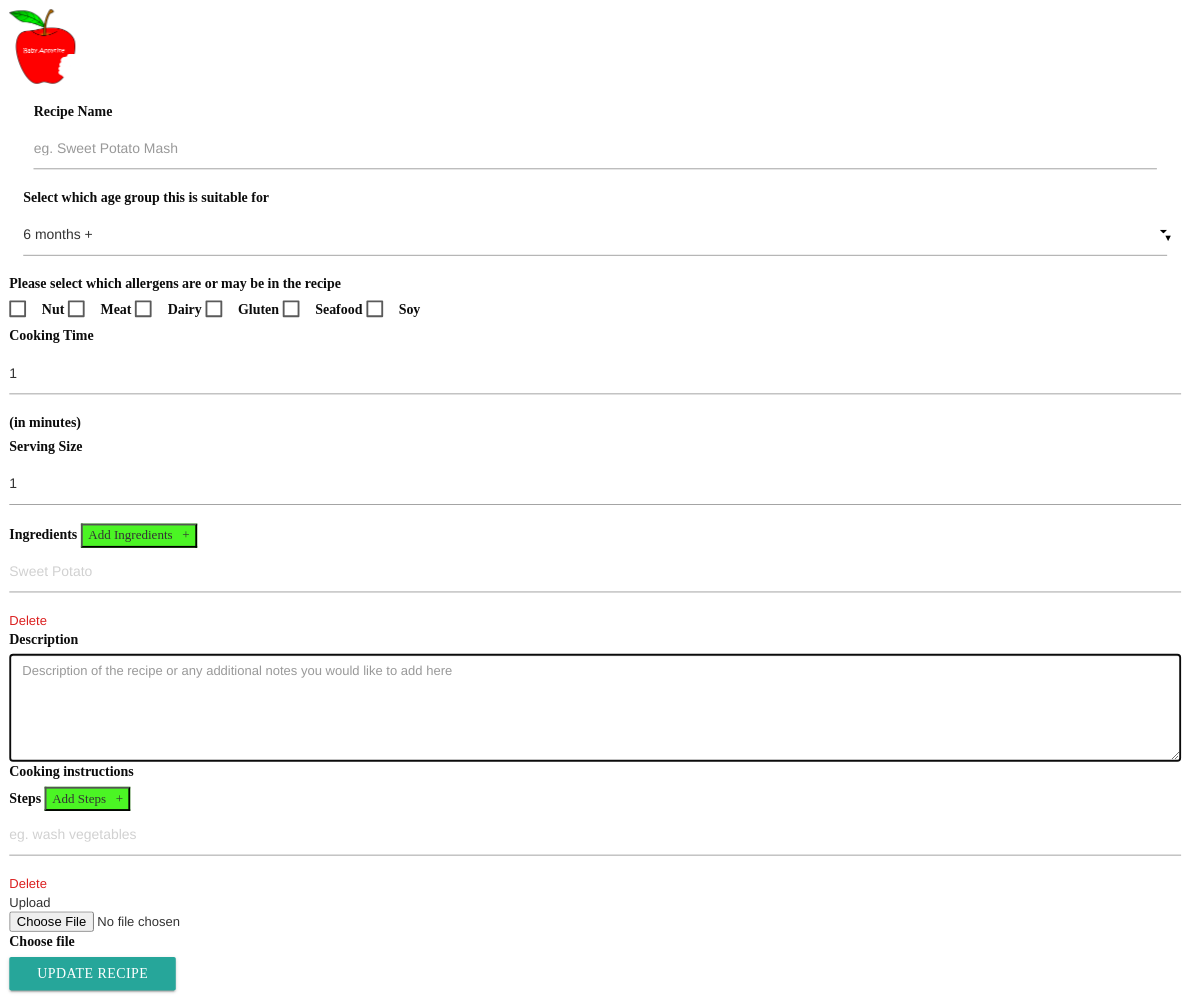
Repository: blueag8/babyappytite
Page: http://localhost/addrecipe
The author's editor kept a record of every edit. The page is drawn from the files as they stood at one moment, then again after the next edit.
The browser window is 1280 px wide. The pictures show the whole page, at 93% of full size.
Some web fonts or font styles are not loaded; a fallback is used. Some web libraries are served in a nearby version. The page is served by the project's application, run on Flask 3 (app.py). Queries for data that is not in the repository find no rows.

Above is the page before.

### templates/addrecipe.html
{% extends 'base.html'%}{% block content %}



<div class="form row">
<form action="{{ url_for('insert_recipe') }}" name="form" method="POST" class="col s12">
      <label class="recipe_name">Recipe Name</label>
      <input type="text" class="form-control" id="recipe_name" name="recipe_name" placeholder="eg. Sweet Potato Mash">
    </div>

<div class="row">
    <div class="category_age">
      <label for="category_age">Select which age group this is suitable for</label>
        <select class="category_age" id="category_age" name="category_age" onclick="getOption()"required>
          <option value=""disabled>choose category</option>
          <option value="6 months +">6 months +</option>
          <option value="7 months +">7 months +</option>
          <option value="10 months +">10 months +</option>
          <option value="12 months +">12 months +</option>
        </select>
      </div>
  </div>
</div>

  <div class = "allergens">
     <label for="allergens" name="allergen">Please select which allergens are or may be in the recipe</label>
      <div class="form-check form-check-inline">
        <input class="form-check-input" type="checkbox" id="nut" name="allergen" value="nut">
        <label class="form-check-label" for="nut">Nut</label>


        <input class="form-check-input" type="checkbox" id="meat" name="allergn" value="meat">
        <label class="form-check-label" for="meat">Meat</label>


        <input class="form-check-input" type="checkbox" id="dairy" name="allergen" value="dairy">
        <label class="form-check-label" for="dairy">Dairy</label>

        <input class="form-check-input" type="checkbox" id="gluten" name="allergen" value="gluten">
        <label class="form-check-label" for="gluten">Gluten</label>

        <input class="form-check-input" type="checkbox" id="seafood" name="allergen" value="seafood">
        <label class="form-check-label" for="seafood">Seafood</label>

        <input class="form-check-input" type="checkbox" id="soy" name="allergen" value="soy">
        <label class="form-check-label" for="soy">Soy</label>
    </div>
</div>

<div class="row">
    <label for="cooking_time">Cooking Time</label>

      <input type="number" name="cooking_time" min="0" max="100" step="1" value="1">
      <label>(in minutes)</label>
  </div>

 <div class="row">
    <label for="portion_sizes">Serving Size</label>
    <input type="number" name="portion_size" min="0" max="100" step="1" value="1">
  </div>


<div class="row">
    <div class= "wrapper">
       <div class="container1">
        <label for="ingredients">Ingredients</label>
        <button class="add_ingredients">Add Ingredients &nbsp;
          <span>+ </span>
        </button>
        <div><input type="text" name="ingredient" placeholder="Sweet Potato">
          <a href="#" class="delete">Delete</a></div>
      </div>
    </div>
  </div>
</div>

 <div class="recipe_description">
    <label for="recipe_description">Description</label>
      <div class="row">
      <textarea class="form-control" id="recipe_description" name="recipe_description" rows="5" placeholder="Description of the recipe or any additional notes you would like to add here"></textarea>
       </div>
    </div>

 <div class="steps">
    <label for="add_steps">Cooking instructions</label>
<!-------https://stackoverflow.com/questions/14853779/adding-input-elements-dynamically-to-form ----->
      <div class= "wrapper">
        <div class="container2">
         <label for="Steps">Steps</label>
          <button class="add_steps">Add Steps &nbsp;
            <span>+ </span>
          </button>
            <div><input type="text" name="step" placeholder="eg. wash vegetables">
            <a href="#" class="delete">Delete</a></div>
            </div>
        </div>
     </div>
 </div>

  <div class="input-group mb-3">
  <div class="input-group-prepend">
    <span class="input-group-text">Upload</span>
  </div>
  <div class="custom-file">
    <input type="file" class="custom-file-input" id="image">
    <label class="custom-file-label" for="image">Choose file</label>
  </div>
</div>


<!-- Button trigger modal -->
<button type="button" class="btn btn-primary" data-toggle="modal" data-target="#exampleModalCenter">
 Update Recipe
</button>

<!-- Modal -->
<div class="modal fade" id="exampleModalCenter" tabindex="-1" role="dialog" aria-labelledby="exampleModalCenterTitle" aria-hidden="true">
  <div class="modal-dialog modal-dialog-centered" role="document">
    <div class="modal-content">
      <div class="modal-header">
        <h5 class="modal-title" id="exampleModalLongTitle"></h5>
        <button type="button" class="close" data-dismiss="modal" aria-label="Close">
          <span aria-hidden="true">&times;</span>
        </button>
      </div>
      <div class="modal-body">
        Are you sure you would like to update this?
      </div>
      <div class="modal-footer">
        <button type="button" class="btn btn-secondary" data-dismiss="modal">No changed my mind</button>
        <button type="submit" class="btn btn-primary" name="action" value="submit">Yes, Please Save changes</button>
      </div>
    </div>
  </div>
</div>

  </div>
</div>
</div>
</form>

 {% endblock %}

### templates/base.html
<!DOCTYPE html>
<html lang="en">
<head>
    <meta charset="UTF-8">
    <meta name="viewport" content="width=device-width, initial-scale=1.0">
    <meta http-equiv="X-UA-Compatible" content="ie=edge">

    <title>"Baby Appy-tite | Recipes for 6 months +"</title>

    <link rel="stylesheet" href="https://maxcdn.bootstrapcdn.com/bootstrap/3.3.7/css/bootstrap.min.css" type="text/css">
    <link rel="stylesheet" href="https://stackpath.bootstrapcdn.com/font-awesome/4.7.0/css/font-awesome.min.css" type="text/css">
    <link href="https://fonts.googleapis.com/css?family=Emilys+Candy&display=swap" rel="stylesheet">
    <link rel="stylesheet" href="https://cdnjs.cloudflare.com/ajax/libs/materialize/0.100.2/css/materialize.min.css">
    <link rel="stylesheet" href="{{url_for('static', filename='css/style.css')}}" type="text/css" />
</head>
<header>
         <div class="nav-wrapper">
              <div class="navbar img">
                 <a class="icon" href="{{url_for('home')}}">
                      <img src="/static/img/babyappytite.png">
                </a>
            </div>
        </div>
      </div>
</header>
<body>
    <div class="container-fluid">
        {% block content %}{% endblock %}
    </div>

    <script src="https://cdnjs.cloudflare.com/ajax/libs/jquery/3.3.1/jquery.min.js"></script>
    <script src="https://cdnjs.cloudflare.com/ajax/libs/jquery/3.2.1/jquery.min.js"></script>
    <script src="https://maxcdn.bootstrapcdn.com/bootstrap/3.3.7/js/bootstrap.min.js" integrity="sha384-Tc5IQib027qvyjSMfHjOMaLkfuWVxZxUPnCJA7l2mCWNIpG9mGCD8wGNIcPD7Txa" crossorigin="anonymous"></script>
    <script src="https://cdnjs.cloudflare.com/ajax/libs/materialize/0.100.2/js/materialize.min.js"></script>
    <script type="text/javascript">
        $(document).ready(function() {
    var max_fields = 10;
    var wrapper = $(".container1");
    var add_button = $(".add_ingredients");
    var x = 1;
    $(add_button).click(function(e) {
        e.preventDefault();
        if (x < max_fields) {
            x++;
            $(wrapper).append('<div><input type="text" name="ingredient[]"/><a href="#" class="delete">Delete</a></div>'); //add input box
        } else {
            alert('You Reached the limits');
        }
    });
    $(wrapper).on("click", ".delete", function(e) {
        e.preventDefault();
        $(this).parent('div').remove();
        x--;
    });
 });
    </script>

 <script type="text/javascript">
 $(document).ready(function() {
    var max_fields = 10;
    var wrapper = $(".container2");
    var add_button = $(".add_steps");
    var x = 1;
    $(add_button).click(function(e) {
        e.preventDefault();
        if (x < max_fields) {
            x++;
            $(wrapper).append('<div><input type="text" name="step[]"/><a href="#" class="delete">Delete</a></div>'); //add input box
        } else {
            alert('You Reached the limits');
        }
    });
    $(wrapper).on("click", ".delete", function(e) {
        e.preventDefault();
        $(this).parent('div').remove();
        x--;
    });
 });
      </script>

  <script type="text/javascript">
    $(document).ready(function() {
    $('select').material_select();
  });
    </script>



</body>

</html>

### app.py
import pymongo
import os


from bson.objectid import ObjectId
from flask import Flask, render_template, redirect, request, url_for, flash
from flask_pymongo import PyMongo

#connect to database
app = Flask(__name__)

app.config['MONGO_DBNAME'] ="Baby_Recipes"
app.config["MONGO_URI"] ="mongodb+srv://blueag8:mongo8@cluster0-iodau.mongodb.net/Baby_Recipes?retryWrites=true&w=majority"
app.config['SECRET_KEY'] = 'yum'

mongo = PyMongo(app)


#home page



@app.route('/')
def home():
    return render_template("index.html", recipes=mongo.db.recipes.find())

#get
#single recipe

@app.route('/recipe/<recipe_id>')
def recipe(recipe_id):
    recipes=mongo.db.recipes.find({"_id": ObjectId(recipe_id)})

    #stars
    mongo.db.recipes.find_one_and_update(
        {'_id': ObjectId(recipe_id)},
        { '$inc': { 'stars': 1}})

    return render_template("recipe.html", recipes=recipes )

#TEST1

#recipes categorized per page route

#@app.route('/recipes')
#def recipes():
   # recipes=mongo.db.recipes.find()
    #TEST
    #for recipe in recipes:
      #  print(recipe)

   # return render_template("recipes.html")

@app.route('/sixmonth_recipes')
def sixmonth_recipes():
   return render_template("recipes.html", recipes=mongo.db.recipes.find({"category_age":"6 months +"}))

@app.route('/sevenmonth_recipes')
def sevenmonth_recipes():
    return render_template("recipes.html", recipes=mongo.db.recipes.find({"category_age":"7 months +"}))

@app.route('/tenmonth_recipes')
def tenmonth_recipes():
    return render_template("recipes.html", recipes=mongo.db.recipes.find({"category_age":"10 months +"}))

@app.route('/twelvemonth_recipes')
def twelvemonth_recipes():
    return render_template("recipes.html",recipes=mongo.db.recipes.find({"category_age":"12 months +"}))

#add recipe

@app.route('/addrecipe')
def addrecipe():
    #return render_template("testform.html",recipes=mongo.db.recipes.find(),
          # categories=mongo.db.categories.find())
    return render_template("addrecipe.html", recipes=mongo.db.recipes.find(),
           categories=mongo.db.categories.find())

 #took idea for flash from https://github.com/Deirdre18/dumpdinners-recipe-app/blob/master/app.py

#@app.route('/insert_recipe', methods=['POST'])
#def insert_recipe():
   # recipes=mongo.db.recipes
   # recipes.insert(request.form.to.dict(flat=False))
   # flash ("Thank you, your recipe has been added!")

    #return render_template("addrecipe.html", recipe=recipe)
    #Test1 Failed

    #Testing2
@app.route('/insert_recipe', methods=['GET','POST'])
def insert_recipe():
    recipes=mongo.db.recipes

    if 'image' in request.files:
        filename = image.save(request.files['image'])
        filepath = 'static/image/uploads/' + filename

    recipe_name=request.form["recipe_name"]
    category_age=request.form.get("category_age")
    cooking_time=int(request.form["cooking_time"])
    portion_sizes=int(request.form["portion_size"])
    allergens=request.form.getlist("allergen")
    ingredients=request.form.getlist("ingredient")
    recipe_description=request.form["recipe_description"]
    steps=request.form.getlist("step")
    filename = image.save(request.files['image'])

    form={

        "recipe_name":recipe_name,
        "category_age":category_age,
        "cooking_time":cooking_time,
        "portion_size":portion_sizes,
        "allergen": allergens,
        "ingredient": ingredients,
        "recipe_description":recipe_description,
        "step": steps,

          }



    recipes.insert_one(form)
    #flash ("Thank you, your recipe has been added!")
    return redirect(url_for('home'))


#edit recipe
#@app.route('/editrecipe/<recipe_id>', methods=['GET','POST'])
#def editrecipe(recipe_id):

    #return render_template("testform.html",recipes=mongo.db.recipes.find(),
          # categories=mongo.db.categories.find())
    #return render_template("editrecipe.html",recipes=mongo.db.recipes.find({"_id": ObjectId(recipe_id)}),
          # categories=mongo.db.categories.find())

#TESTING
@app.route('/editrecipe/<recipe_id>')
def editrecipe(recipe_id):
    the_recipe = mongo.db.recipes.find_one({'_id': ObjectId(recipe_id)})
    all_categories=mongo.db.category_age.find_one()
    return render_template('editrecipe.html', recipe=the_recipe, category_age=all_categories)

@app.route('/update_recipe/<recipe_id>', methods=['POST'])
def update_recipe(recipe_id):
    recipes=mongo.db.recipes
    recipes.update( {'_id': ObjectId(recipe_id)},


    {
            'recipe_name':request.form.get("recipe_name"),
            'category_age':request.form.get("category_age"),
            'cooking_time':int(request.form["cooking_time"]),
            'portion_sizes':int(request.form["portion_size"]),
            'allergens':request.form.getlist('check'),
            'ingredients':request.form.getlist("ingredient"),
            'recipe_description':request.form.get("recipe_description"),
            'steps':request.form.getlist("step"),
            'stars':int(request.form["stars"]),
            'filename':image.save(request.files['image']),
      })

    #flash ("Thank you, your recipe has been added!")
    return redirect(url_for('home'), filepath = '../static/image/uploads' + filename,)

   # filepath = '../static/img/' + filename

    #filename = image.save(request.files['image']

@app.route('/delete_recipe/<recipe_id>')
def delete_recipe(recipe_id):
    mongo.db.recipes.remove({'_id': ObjectId(recipe_id)})
    return redirect(url_for('home'))

# routing for likes
#referred to another student's code for likes.

@app.route('/stars/<recipe_id>',methods=["GET", "POST"])
def stars(recipe_id):
    mongo.db.recipes.find_one_and_update(
        {'_id': ObjectId(recipe_id)},
        { '$inc': { 'stars': 1}}
    )

    return render_template("recipe.html")


if __name__ == '__main__':
    app.run(host=os.environ.get('IP'),
            port=int(os.environ.get('PORT')),
            debug=True)

### static/css/style.css
img {
    height: 170px;
}

img .edit {
    height: 80px;
}
.apple img {
    height: 250px;
}

.caterpillar img {
    height: 128px;
}
card-body {
    font-size: large;
    text-align: justify;
    text-align: right;
    padding: 20px;
    margin: 20px;
    font-style: inherit;
}


.navbar img {
    height: 80px;
}

.row {
    margin-bottom: 0px;
}

.form-control {
    color: #0c0c0c;
    background-color: #fff;
    background-image: none;
    border: 2px solid #0b0b0b;
}
label {
   color: #0c0c0c;
    font-family: 'Emilys Candy', cursive;
    /* font-family: Emily; */
    font-size: 15px;
}

button{
    background-color: #4bf524;
    font-family: 'Emily';
}
.delete {
    color: #db1f1f;
}

/*---------Navbar----------*/
.navbar {
    position: relative;
    min-height: 50px;
    margin-bottom: 20px;
    border: none;
    background-color: transparent;
}
.navbar-brand img {
    height: 50px;
}

 /* icon prefix focus color */
.input-field .prefix.active {
     color: red;
   }
/*-----Media Queries--------*/

@media (min-width: 375px)
{
body {
    margin: 10px;
}
img {
    height: 100px;
}
.age img {
    height: 170px;
}
apple img {
    height: 180px;
}
.caterpillar img {
    height: 80px;
}
img.edit {
    height: 50px;
}
}

After the next edit:
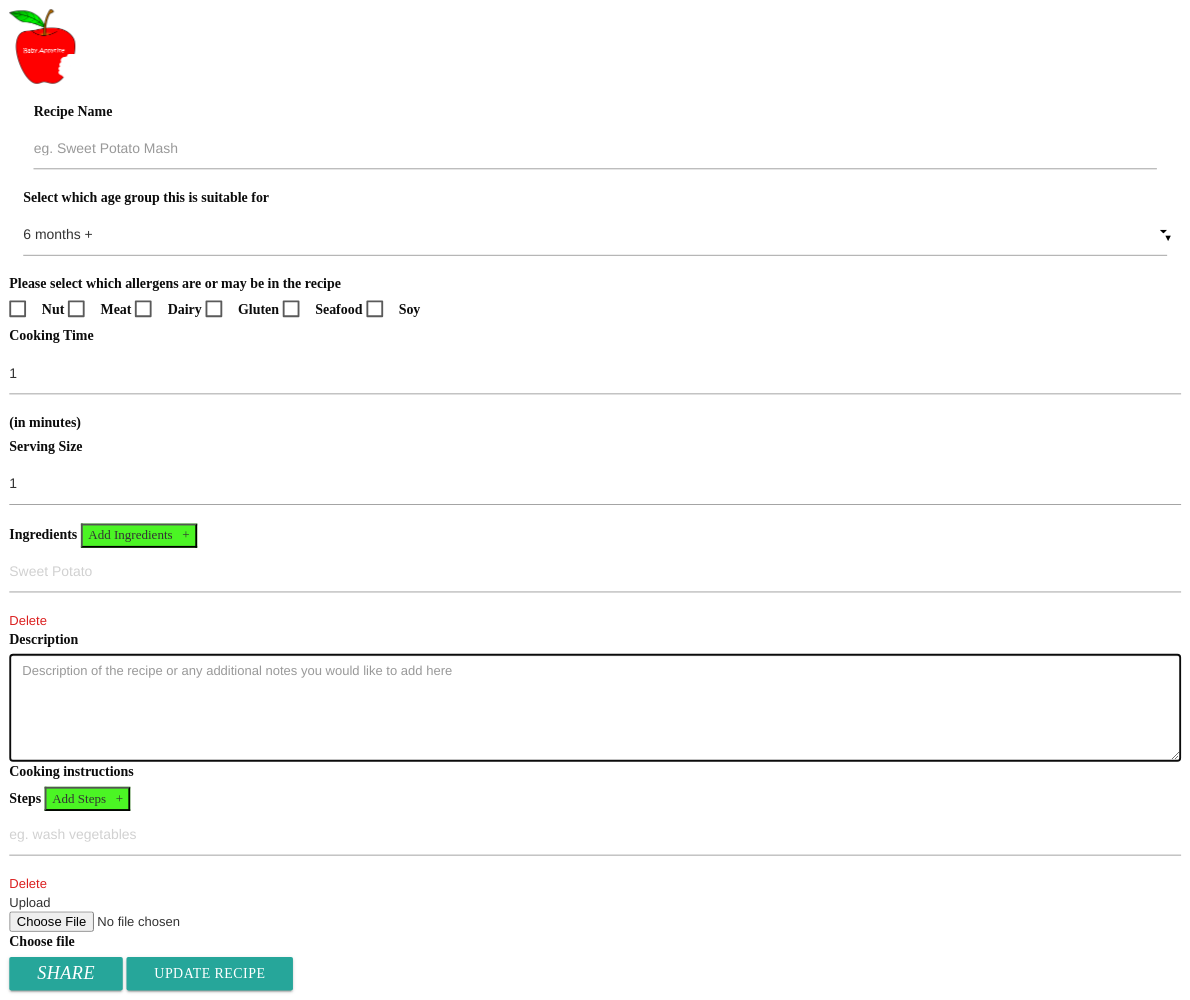
The edit:
--- a/templates/addrecipe.html
+++ b/templates/addrecipe.html
@@ -109,6 +109,10 @@
 
 
 <!-- Button trigger modal -->
+ <div class="row">
+      <button class="btn btn-primary" data-toggle="modal" data-target="#exampleModalCenter" type="submit" name="action" value="submit">
+          <i class="material-icons add_box">Share</i>
+       </button>
 <button type="button" class="btn btn-primary" data-toggle="modal" data-target="#exampleModalCenter">
  Update Recipe
 </button>
